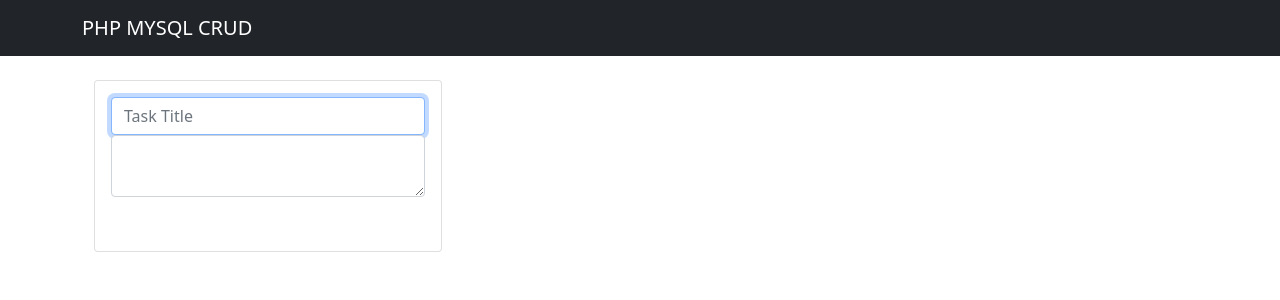
Repository: NickArregoces/Task_Crud
Page: http://localhost/
The author's editor kept a copy of each file at every save. The page is drawn from the files as they stood at one save, then again after the next save.
The browser window is 1280 px wide. The pictures show the whole page.
Some web libraries are served in a nearby version. The page is run by PHP 8.4 with error messages shown; the project is at /var/www/html/.

Above is the page before, as saved 2022-03-18 15:38:44.

After the next save:
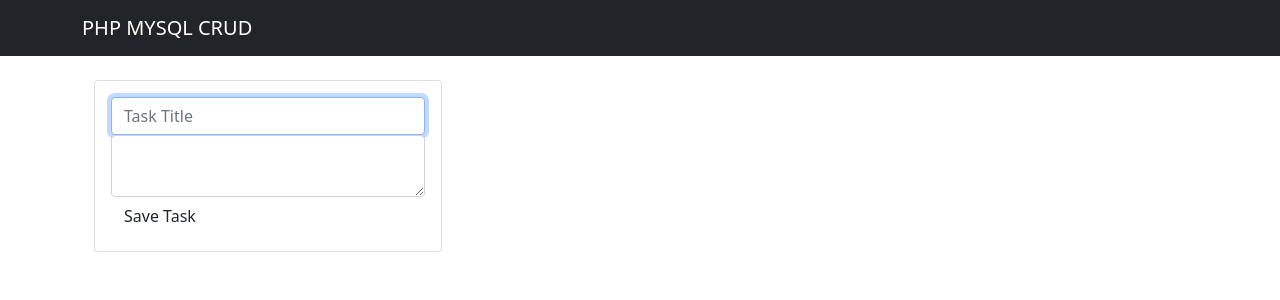
Saved 33 s later.
--- a/index.php
+++ b/index.php
@@ -13,7 +13,7 @@
                     <div class="form-group">
                         <textarea name="description"  rows="2" class ="form-control" placeholder"Task Description"></textarea>
                     </div>
-                    <input type="submit" class="btn btn-sucess btn-block" name "save_task" value "Save Task">
+                    <input type="submit" class="btn btn-sucess btn-block" name ="save_task" value ="Save Task">
                 </form>
             </div>
         </div>
